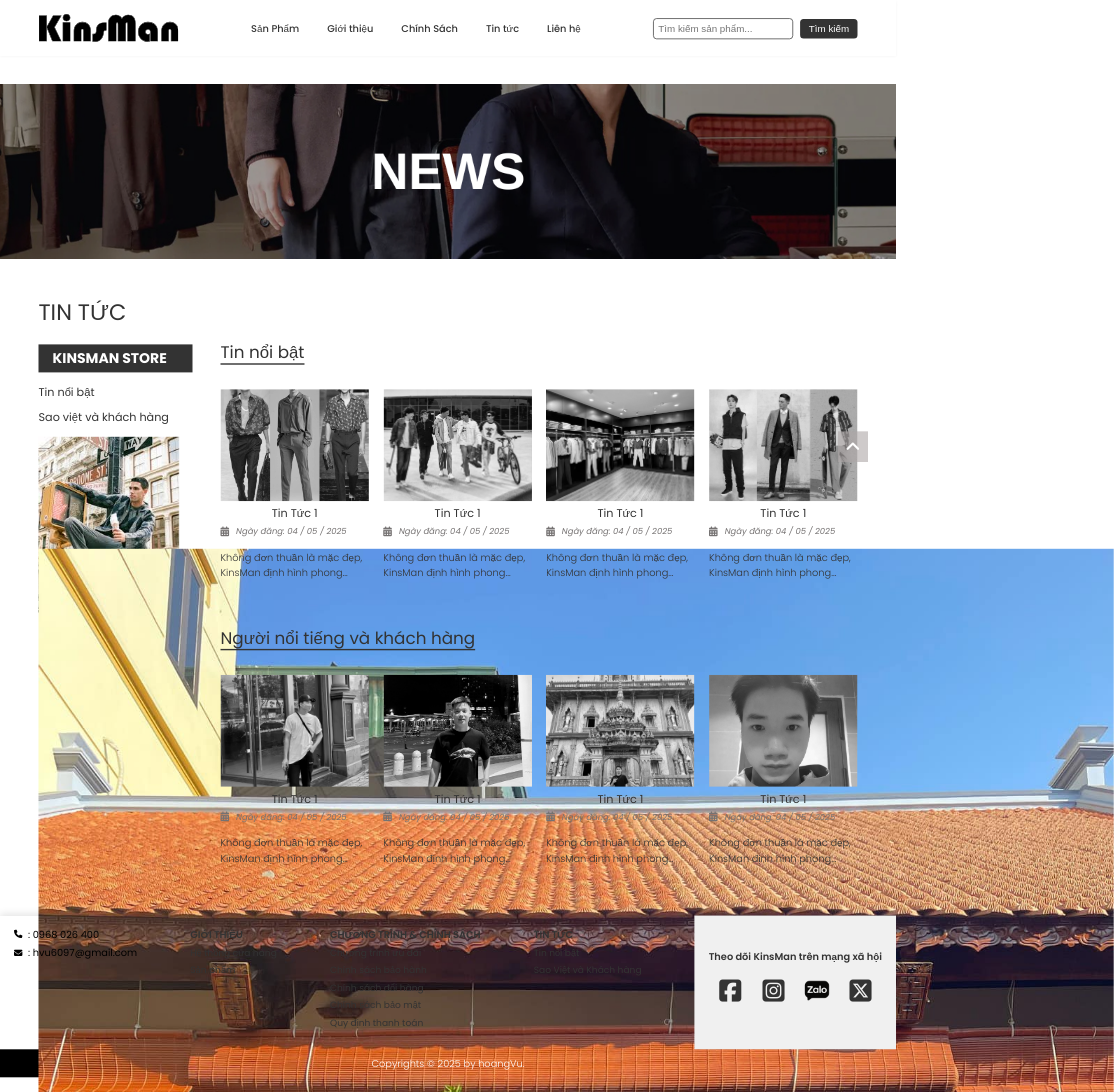
Repository: hoang28092000/kinsmanClothes
Page: category/news.html
An editor plug-in stored every save of this project. The page is shown before and after a run of saves, followed by the edit.
The browser window is 1280 px wide. The page is 1591 px wide, then 1280 px, so the pictures cover 1591 px, including what lies to the right of the window. The pictures show the part of the page from y = 0 to 1560 px (the page is 2834 px tall before and 1539 px after), at 70% of full size.

Above is the page before, as saved 2025-05-08 13:02:36.
Console error: TypeError: Cannot read properties of null (reading 'addEventListener')

After the next 5 saves:
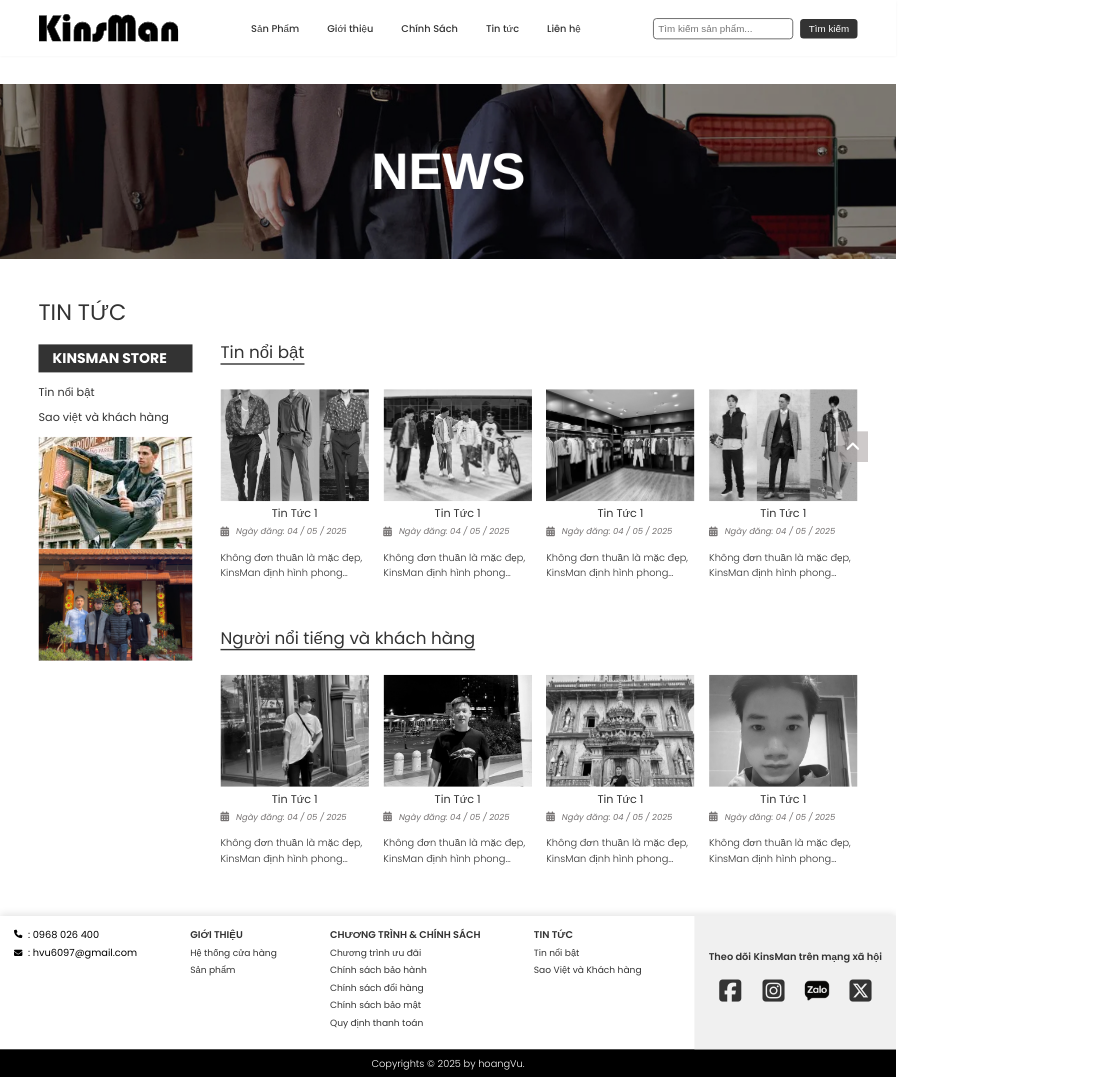
The 5 saves are shown as one change because they came seconds apart.
The last was saved 43 s later.
--- a/css/product.css
+++ b/css/product.css
@@ -331,4 +331,10 @@
 .content-news .banner-left{
   width: 100%;
   height: 160px;
-}
+  overflow: hidden;
+}
+.content-news .banner-left img{
+  width: 100%;
+  height: 100%;
+  object-fit: cover;
+}
